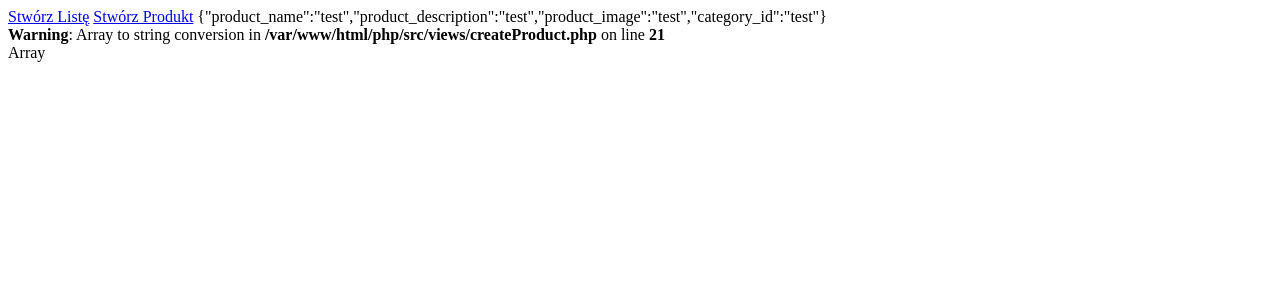
Repository: alphatra/Task-menager
Page: http://localhost/php/src/views/createProduct.php
The author's editor kept a copy of each file at every save. The page is drawn from the files as they stood at one save, then again after the next save.
The browser window is 1280 px wide. The pictures show the whole page.
The page is run by PHP 8.4 with error messages shown; the project is at /var/www/html/.

Above is the page before, as saved 2023-02-05 23:16:35.

### php/src/views/createProduct.php
<!DOCTYPE html>
<html lang="en">
<head>
    <meta charset="UTF-8">
    <meta http-equiv="X-UA-Compatible" content="IE=edge">
    <meta name="viewport" content="width=device-width, initial-scale=1.0">
    <title>Document</title>
</head>
<body>
    <a href="views/createList.php">Stwórz Listę</a>
    <a href="views/createList.php">Stwórz Produkt</a>
</body>
</html>
<?php
require_once('../model/CRUD.php');
require_once('../model/product_model.php');
$db = new db();
$produkt = new productModel("test", "test", "test", "test");
$produkt = $produkt->returnObject();
echo $produkt;
echo $db->test($produkt);
?>

### php/src/model/CRUD.php
<?php
class db{
    private $conn;
    public $servername;
    public $username;
    public $password;
    public $database;
    public $tablename;

    public function __construct($host="db", $database="mydb",
                                $username="root", $password="root"){
        $this->host = $host;
        $this->database = $database;
        $this->username = $username;
        $this->password = $password;

        try {
            // Tworzenie połączenia
            $this->conn = new mysqli($host, $username, $password, $database);
        } catch (Exception $e) {
            // Sprawdzanie połączenia
            die("Connection failed: " . mysqli_connect_error());

        }

        return $this->conn;
    }

    // Wyświetlanie list z bazy danych
    public function getData($tablename="list"){
        $this->tablename = $tablename;
        $query = "SELECT * FROM $this->tablename";
        $stmt = $this->conn->prepare($query);
        $stmt->execute();
        $result = $stmt->get_result();

        return json_encode($result->fetch_all(MYSQLI_ASSOC));
    }

    // Wyświetlanie list z bazy danych wraz z wyszukiwaniem
    public function searchData($tablename="", $search=""){
        $this->tablename = "list";
        $this->search = $search;
        $query = "SELECT * FROM $this->tablename WHERE name LIKE '$this->search%'";
        $result = mysqli_query($this->conn, $query);
        $result = mysqli_fetch_all($result, MYSQLI_ASSOC);

        return json_encode($result);
    }
    /*
    public function searchData($tablename="", $search=""){
        $this->tablename = "list";
        $this->search = "{$search}%";
        $query = "SELECT * FROM $this->tablename WHERE name LIKE ?";
        $stmt = $this->conn->prepare($query);
        $stmt->bind_param("s",$search);
        $stmt->execute();
        $result = $stmt->get_result();

        return json_encode($result->fetch_all(MYSQLI_ASSOC));
    }
    */

    // Dodawanie produktów do bazy danych
    public function createProduct($Data){
        $product_name = $this->product_name;
        $product_description = $this->product_description;
        $product_image = $this->product_image;
        $category_id = $this->category_id;

        $stmt = $this->conn->prepare('INSERT INTO products (product_name, product_description, product_image, category_id) VALUES (?, ?, ?, ?)');
        $stmt->bindParam(1, $product_name);
        $stmt->bindParam(2, $product_description);
        $stmt->bindParam(3, $product_image);
        $stmt->bindParam(4, $category_id);
        if ($stmt->execute()) {
            return true;
        } else {
            return false;
        }
    }
    public function test($Data){
        $this->Data = $Data;
        $decoded_json = json_decode($Data, true);
        $this->product_name = $decoded_json['product_name'];
        $this->product_description = $decoded_json['product_description'];
        $this->product_image = $decoded_json['product_image'];
        $this->category_id = $decoded_json['category_id'];
        return $decoded_json;
    }
}
?>

### php/src/model/product_model.php
<?php
class productModel{
    public $product_name;
    public $product_description;
    public $product_image;
    public $category_id;

    public function __construct($product_name, $product_description, $product_image, $category_id) {
        $this->product_name = $product_name;
        $this->product_description = $product_description;
        $this->product_image = $product_image;
        $this->category_id = $category_id;
    }

    public function getName() {
        return $this->product_name;
    }

    public function getDescription() {
        return $this->product_description;
    }

    public function getImage() {
        return $this->product_image;
    }

    public function getCategory() {
        return $this->category_id;
    }

    public function test() {
        $product_name = $this->getName();
        $product_description = $this->getDescription();
        $product_image = $this->getImage();
        $category_id = $this->getCategory();
        return $product_name . $product_description . $product_image . $category_id;
    }

    public function returnObject() {
        return json_encode(get_object_vars($this));
    }
    /*
    {
        id_product: ,
        product_name: 'Product 1',
        product_description: 'Description of product 1',
        product_image: 'product1.jpg'
    }
    */

}
?>

After the next save:
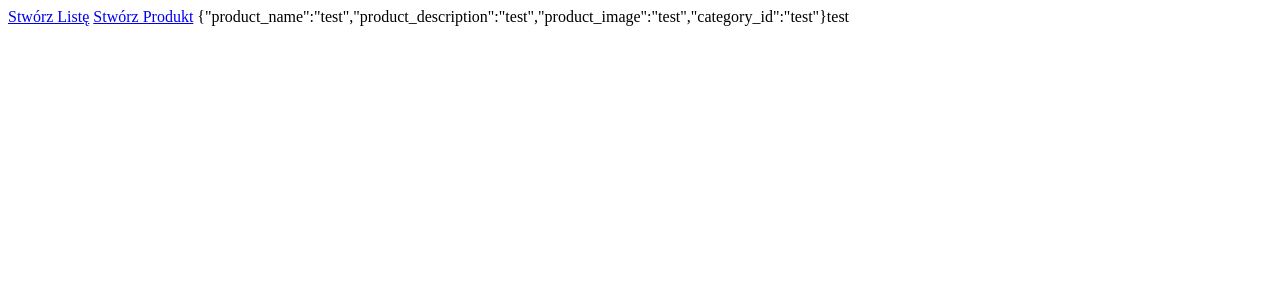
Saved 42 s later.
--- a/php/src/model/CRUD.php
+++ b/php/src/model/CRUD.php
@@ -82,11 +82,11 @@ class db{
     public function test($Data){
         $this->Data = $Data;
         $decoded_json = json_decode($Data, true);
-        $this->product_name = $decoded_json['product_name'];
+        $product_name = $decoded_json['product_name'];
         $this->product_description = $decoded_json['product_description'];
         $this->product_image = $decoded_json['product_image'];
         $this->category_id = $decoded_json['category_id'];
-        return $decoded_json;
+        return $product_name;
     }
 }
 ?>
